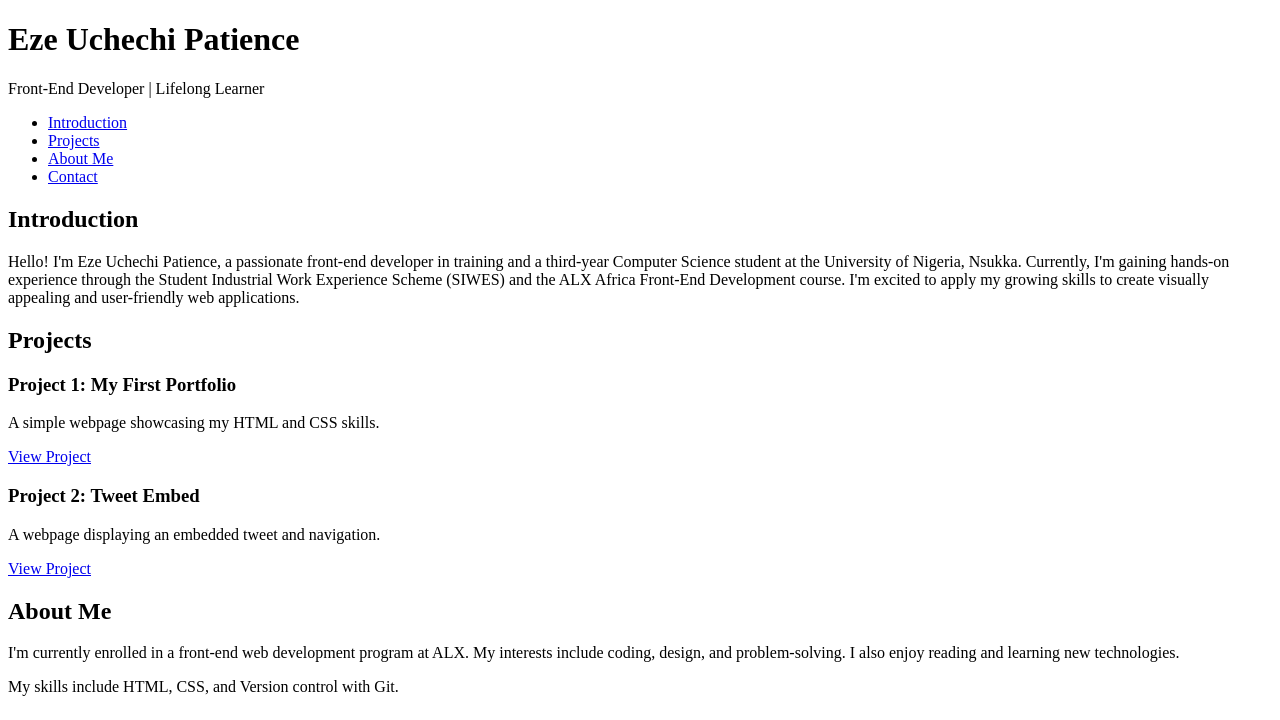
Repository: Patience225/My_First_Portfolio
Page: Portfolio/index.html
These files come from the project's save history. The page is drawn as it stood at one moment and after the next save; the edit follows.
The browser window is 1280 px wide. The pictures show the whole page.

Above is the page before, as saved 2024-12-16 13:32:59.

After the next save:
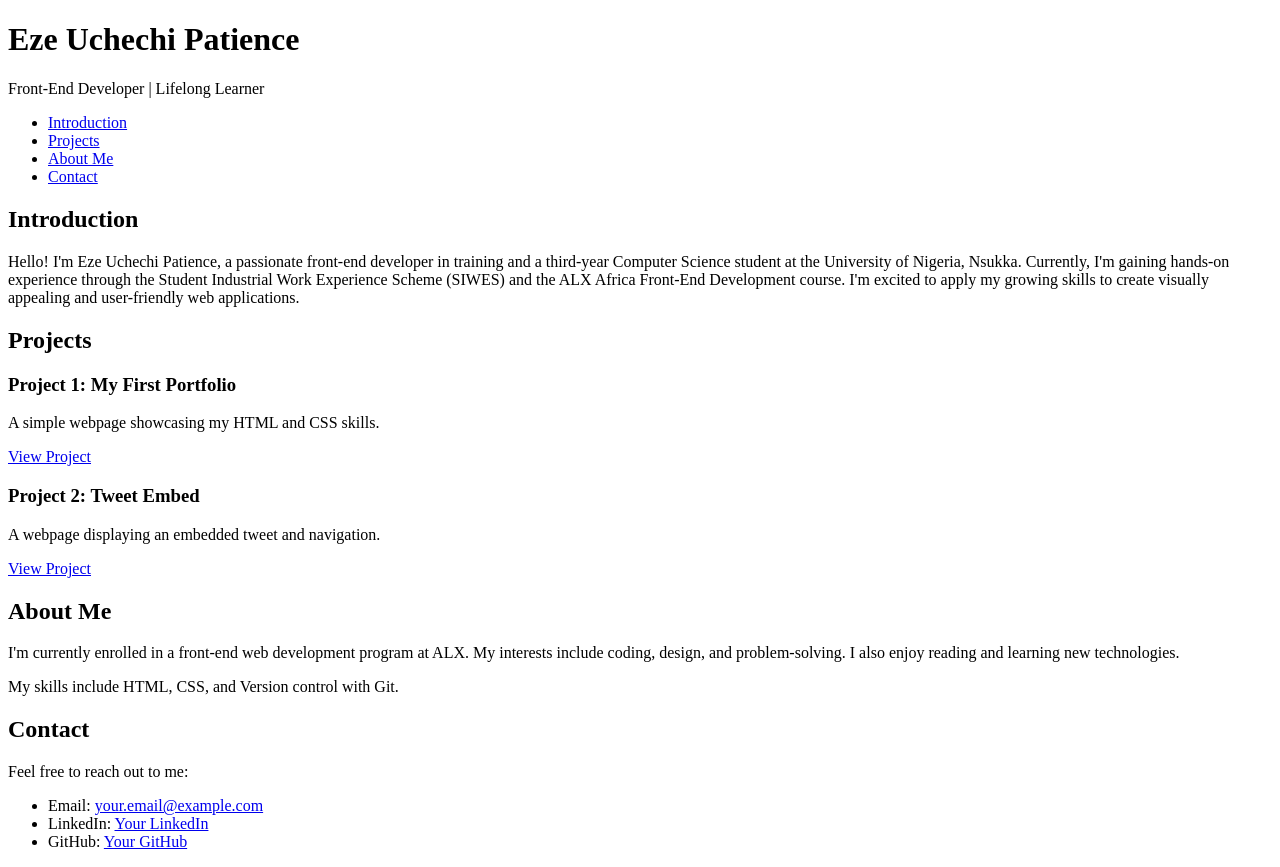
Saved 60 s later.
--- a/Portfolio/index.html
+++ b/Portfolio/index.html
@@ -40,7 +40,13 @@
     <p>My skills include HTML, CSS, and Version control with Git.</p>
     </section>
     <section id="contact">
-
+      <h2>Contact</h2>
+    <p>Feel free to reach out to me:</p>
+    <ul>
+        <li>Email: <a href="mailto:your.email@example.com">your.email@example.com</a></li>
+        <li>LinkedIn: <a href="https://www.linkedin.com/in/your-linkedin" target="_blank">Your LinkedIn</a></li>
+        <li>GitHub: <a href="https://github.com/YourGitHubUsername" target="_blank">Your GitHub</a></li>
+    </ul>
     </section>
     <footer>
 
